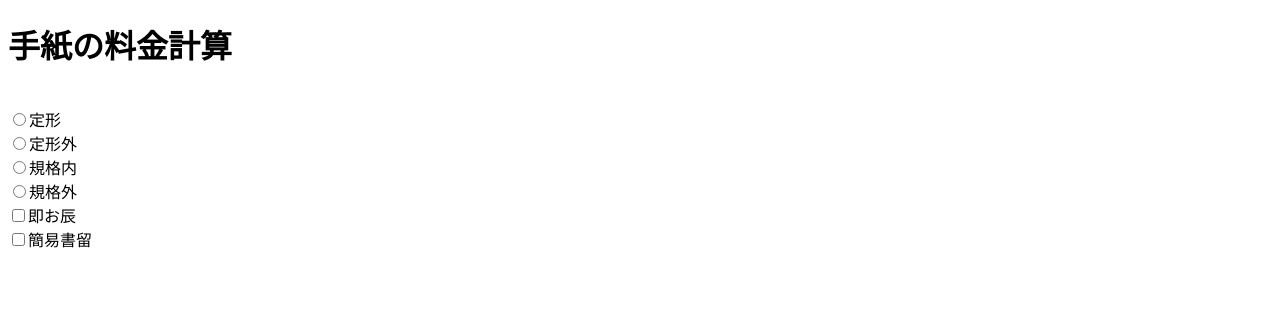
Repository: aiueo20/18ca0155
Page: SSP/kadai0601/WebContent/login.html
The author's editor kept a copy of each file at every save. The page is drawn from the files as they stood at one save, then again after a run of saves.
The browser window is 1280 px wide. The pictures show the whole page.

Above is the page before, as saved 2019-01-15 02:52:29.

After the next 2 saves:
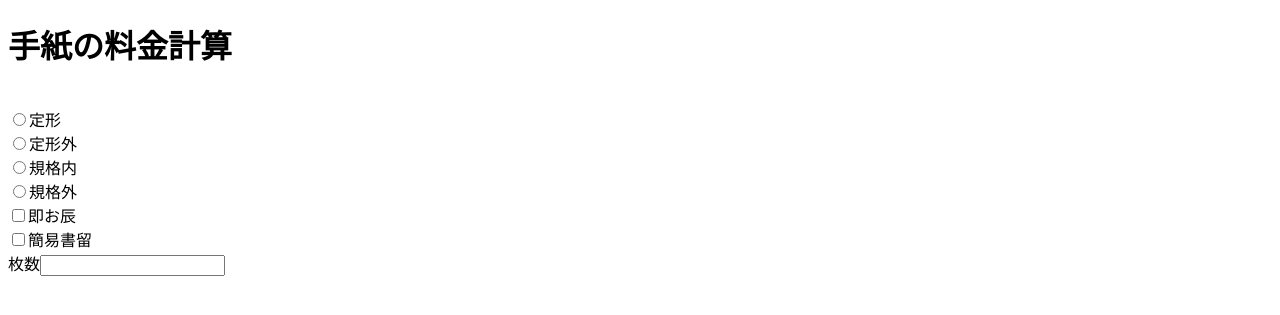
The 2 saves are shown as one change because they came seconds apart.
The last was saved 21 s later.
--- a/SSP/kadai0601/WebContent/login.html
+++ b/SSP/kadai0601/WebContent/login.html
@@ -13,6 +13,7 @@
 <input type="radio" name="kikakugai" value="規格外">規格外<br>
 <input type="checkbox" name="sokutatu" value="速達">即お辰<br>
 <input type="checkbox" name="kannikakidome" value="簡易書留">簡易書留<br>
+枚数<input type="text" name="maisu">
 
 
 </body>
